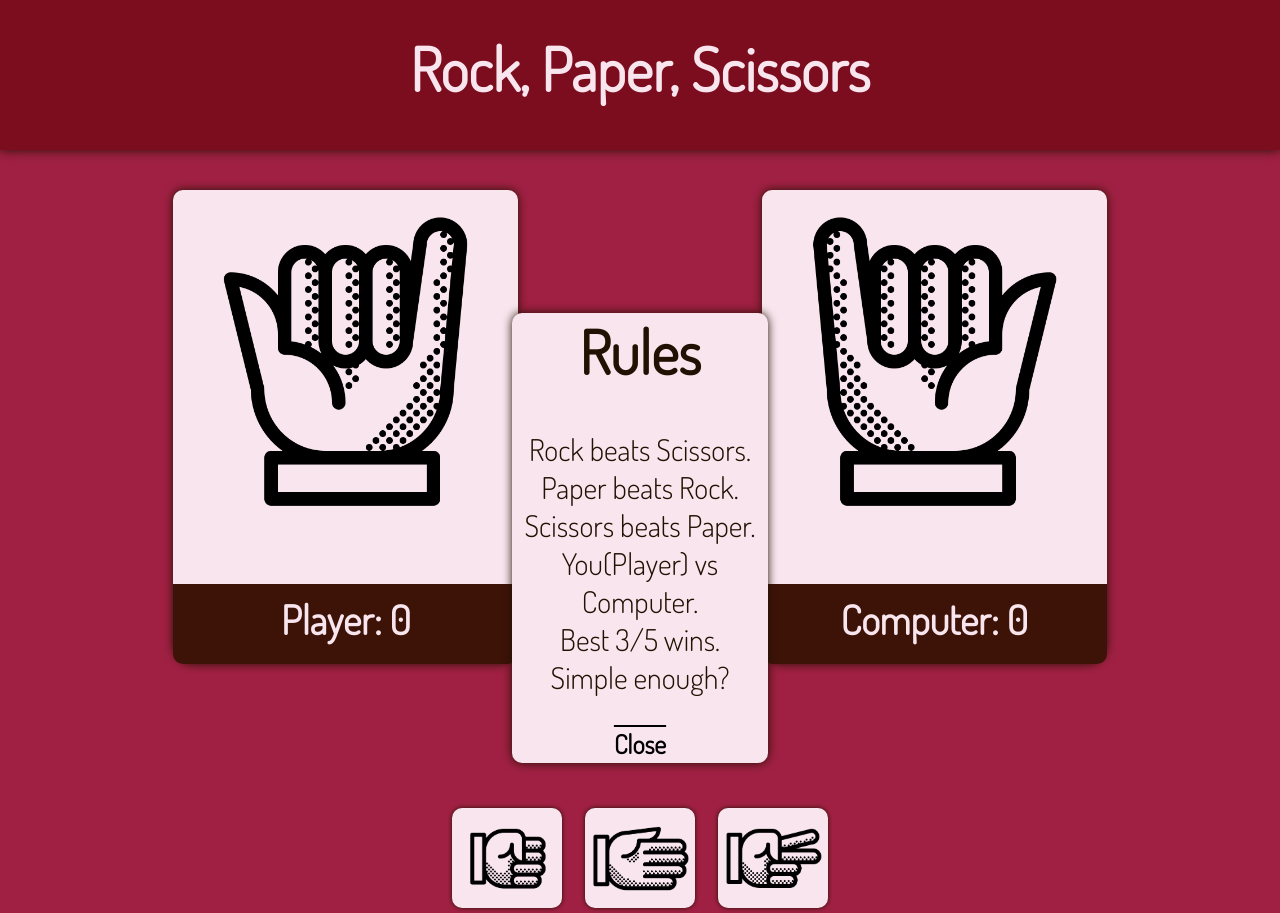
Repository: shayanabedi98/rock-paper-scissors
Page: index.html
The author's editor kept a copy of each file at every save. The page is drawn from the files as they stood at one save, then again after the next save.
The browser window is 1280 px wide. The pictures show the whole page.

Above is the page before, as saved 2023-07-14 19:37:25.

After the next save:
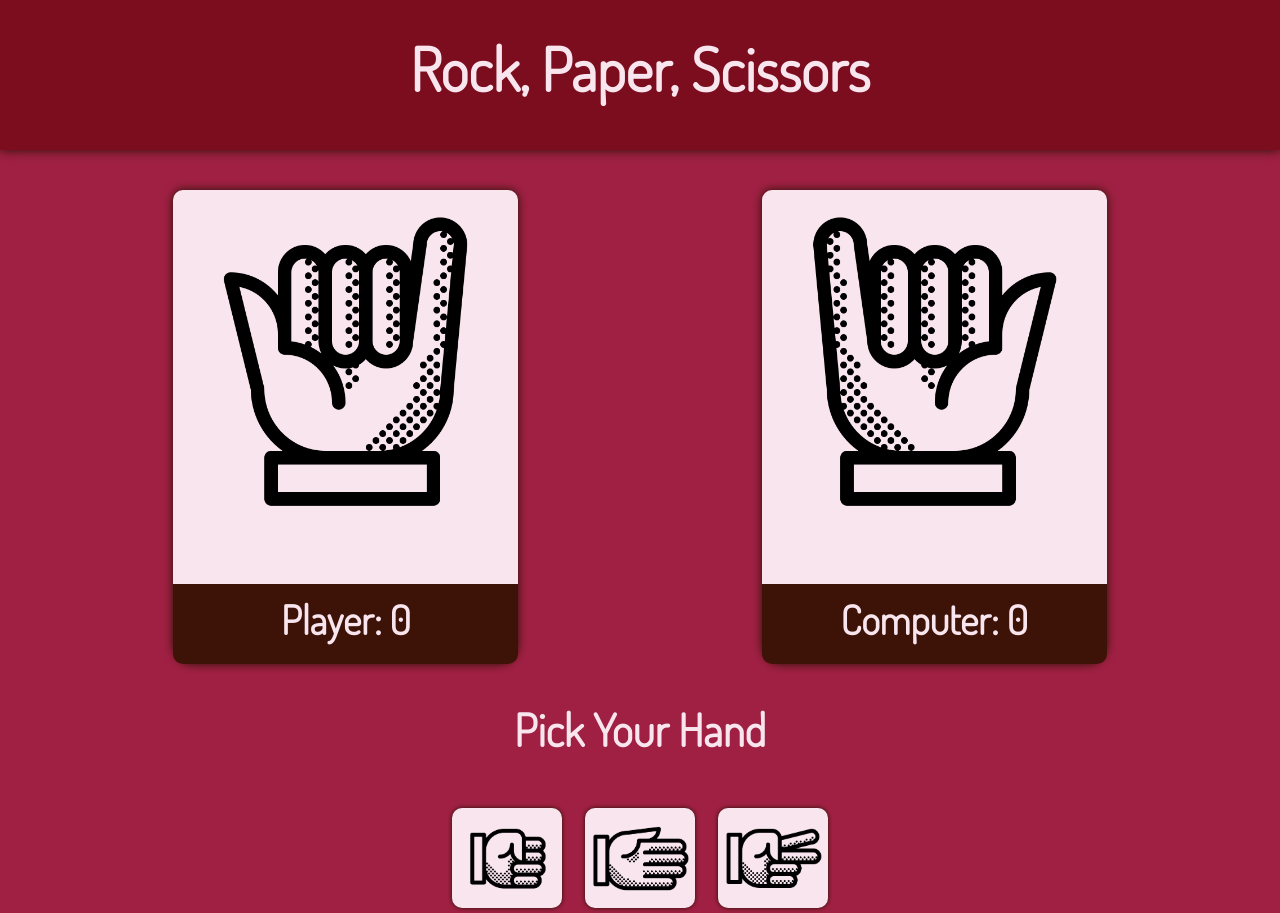
Saved 24 s later.
--- a/index.js
+++ b/index.js
@@ -12,7 +12,7 @@ var playerPick;
 var computerPick;
 var rules = document.querySelector('.rules');
 
-rules.style.visibility = '0'
+rules.style.visibility = 'hidden';
 
 function rng() {
     return Math.floor(Math.random() * 3) + 1;
